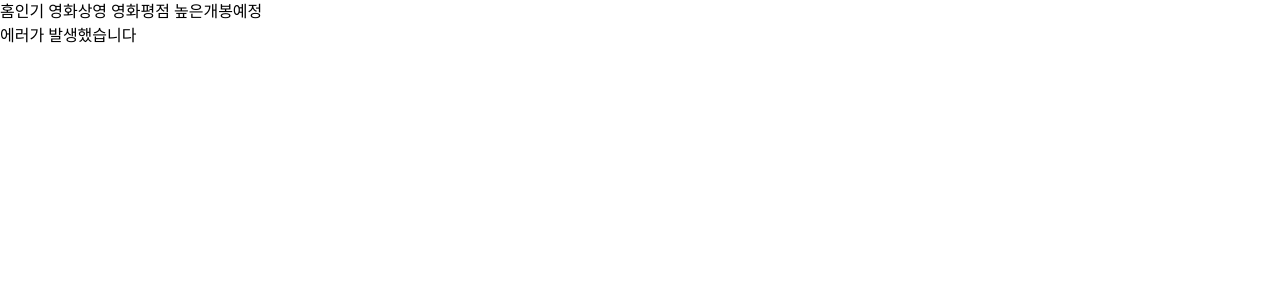
Repository: SWU-UMC/8th_Web
Page: /movies/now_playing (app in 만경_최민경/3주차 미션/mission2/)
An editor plug-in stored every save of this project. The page is shown before and after the next save, followed by the edit.
The browser window is 1280 px wide. The pictures show the whole page.
The page's requests for data from a server got no answer. The project was rebuilt for these pictures with package versions that can differ from the ones it lists, and the page was loaded fresh each time. No one was signed in, and anything a server would have sent is missing. Also part of the build but not shown: 만경_최민경/3주차 미션/mission2/vite.config.ts, 만경_최민경/3주차 미션/mission2/src/components/MovieCard.tsx, 만경_최민경/3주차 미션/mission2/src/pages/NotFoundPage.tsx, 만경_최민경/3주차 미션/mission2/src/pages/MovieDetailPage.tsx.

Above is the page before, as saved 2025-04-01 01:46:39.

### 만경_최민경/3주차 미션/mission2/src/App.tsx
import './App.css'
import HomePage from './pages/HomePage';
import MoviePage from './pages/MoviePage'
import { createBrowserRouter, RouterProvider } from 'react-router-dom'
import NotFoundPage from './pages/NotFoundPage';
import MovieDetailPage from './pages/MovieDetailPage';

//BrowserRouter v5
//createBrowswerRouter v6
//react-router-dom v7(next.js, remix)

const router=createBrowserRouter ([
 {
  path:'/',
  element: <HomePage/>,
  errorElement: <NotFoundPage />,
  children: [
    {
      path: 'movies/:category',
      element: <MoviePage />,
    },
    {
      path: 'movies/:category/:movieId',
      element: <MovieDetailPage/>
    }
  ]
 },
]);


//movie?category=upcoming
//movie/category/{movie_id}


function App(): React.ReactElement {
  return <RouterProvider router={router} />

}
export default App

### 만경_최민경/3주차 미션/mission2/src/pages/HomePage.tsx
import React from "react";
import { Outlet } from "react-router-dom";
import { Navbar } from "../components/Navbar";

 const HomePage = (): React.ReactElement => {
  return (
    <>
    <Navbar />
    <Outlet/>

    </>



  )
}

export default HomePage;

### 만경_최민경/3주차 미션/mission2/src/pages/MoviePage.tsx
import { useEffect, useState } from "react"
import axios from 'axios';
import { Movie, MovieResponse } from "../types/movie";
import MovieCard from "../components/MovieCard";
import { LoadingSpinner } from "../components/LoadingSpinner";
import { useParams } from "react-router-dom";
// import { fetchModule } from "vite";

export default function MoviePage(): React.ReactElement{
    const [movies, setMovies]=useState<Movie[]>([]);

    //1. 로딩 상태
    const [isPending, setIsPending]=useState(false);
    //2. 에러 상태
    const [isError, setISError]=useState(false);
    //3. 페이지 처리
    const [page, setPage]=useState(1);

    const {category}=useParams<{
        category: string;
    }>();



    useEffect((): void => {

        const fetchmovies= async(): Promise<void>=>{
            setIsPending(true); //데이터를 호출하는 중이므로

            try{
                const {data} =await axios.get<MovieResponse>(
                    `https://api.themoviedb.org/3/movie/${category}?language=en-US&page=${page}`,
                    {
                        headers: {
                            Authorization: `Bearer ${import.meta.env.VITE_TMDB_KEY}`,
                        }
                    }
                );

                setMovies(data.results);

            } catch{
                setISError(true);
            } finally{
                setIsPending(false);
            }
        };

        fetchmovies();
    }, [page]);

    if (isError){
        return (
         <div>
            <span className="text-red-500 text-2xl">에러가 발생했습니다</span>
         </div>

        )
    }

    // if(!isPending){
    //     return <LoadingSpinner/>
    // }


    return (
        <>
            <div className="flex items-center justify-center gap-6 mt-5">
                <button
                    className="bg-[#dda5e3] text-white px-6 py-3 rounded-lg shadow-md
                    hover:bg-[#b2dab1] transition-all duration-200 disabled:bg-gray-300
                    cursor-pointer disabled:cursor-not-allowed"
                    disabled={page===1}
                onClick={() :void=> setPage((prev): number => prev-1)}>
                    {'<'}
                </button>
                <span>{page} 페이지</span>
                <button
                className="bg-[#dda5e3] text-white px-6 py-3 rounded-lg shadow-md
                hover:bg-[#b2dab1] transition-all duration-200 cursor-pointer"
                onClick={() :void=> setPage((prev): number => prev+1)}>
                    {'>'}
                </button>
            </div>

            {isPending && (
                <div className="flex items-center justify-center h-dvh">
                <LoadingSpinner />
                </div>
            )}

            {!isPending && (
                <div className="p-10 grid gap-4 grid-cols-2 sm:grid-cols-3 md: gir-cols-4 lg: grid-cols-5 xl:grid-cols-6">
                {movies && movies.map((movie):  React.ReactElement => (
                    <MovieCard key={movie.id} movie={movie} />
                ))}
                </div>
            )}
        </>
    );
}

### 만경_최민경/3주차 미션/mission2/src/components/Navbar.tsx
import { NavLink } from "react-router-dom";

const LINKS=[
    { to: '/', label:'홈'},
    { to: '/movies/popular', label:'인기 영화'},
    { to: '/movies/now_playing', label: '상영 영화'},
    { to: '/movies/top_rated', label: '평점 높은'},
    { to: '/movies/upcoming', label: '개봉예정'},
]

export const Navbar=(): React.ReactElement => {
    return (
    <div className="flex gap-3 p-4">
        {LINKS.map(({to, label}): React.ReactElement => ( //구조분해할당{to, label}
            <NavLink
            key={to}
            to={to}
            className={({isActive})=>{ //현재주소 반환
                return isActive ? 'text-[#b2dab1] font-bold' : 'text-gray-500';
            }}
            >
                {label}
            </NavLink>
        ))}
    </div>
    )
}

### 만경_최민경/3주차 미션/mission2/src/components/LoadingSpinner.tsx

export const LoadingSpinner=(): React.ReactElement=>{
    return (
    <div className="size-12 animate-spin rounded-full border-6
            border-t-transparent border-[#b2dab1]" role='status'
            >
                <span className="sr-only">로딩 중...</span>
            </div>
    )
}

Loaded but not shown: 만경_최민경/3주차 미션/mission2/index.html (common file); 만경_최민경/3주차 미션/mission2/src/main.tsx (common file); 만경_최민경/3주차 미션/mission2/src/index.css (common file); 만경_최민경/3주차 미션/mission2/src/App.css (no stored copy; drawn as an empty file)

After the next save:
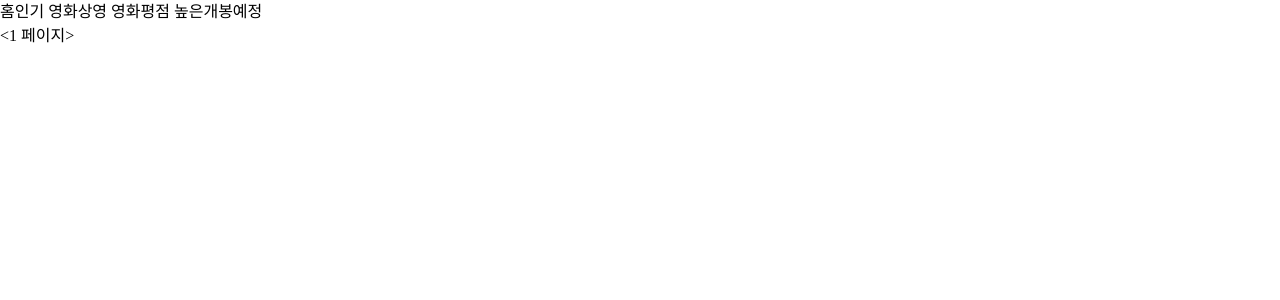
Saved 3 min 13 s later.
--- a/만경_최민경/3주차 미션/mission2/src/pages/MoviePage.tsx
+++ b/만경_최민경/3주차 미션/mission2/src/pages/MoviePage.tsx
@@ -49,7 +49,7 @@
         fetchmovies();
     }, [page]);
 
-    if (isError){
+    if (!isError){
         return (
          <div>
             <span className="text-red-500 text-2xl">에러가 발생했습니다</span>

After the save that followed:
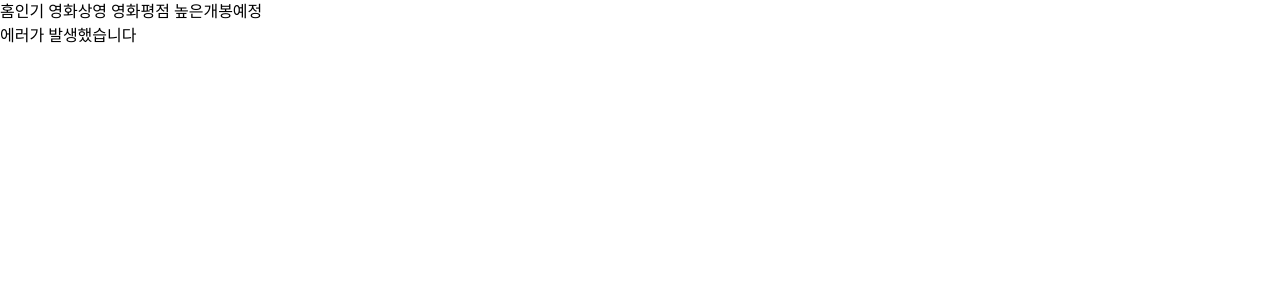
Saved 10 s later.
--- a/만경_최민경/3주차 미션/mission2/src/pages/MoviePage.tsx
+++ b/만경_최민경/3주차 미션/mission2/src/pages/MoviePage.tsx
@@ -49,7 +49,7 @@
         fetchmovies();
     }, [page]);
 
-    if (!isError){
+    if (isError){
         return (
          <div>
             <span className="text-red-500 text-2xl">에러가 발생했습니다</span>
